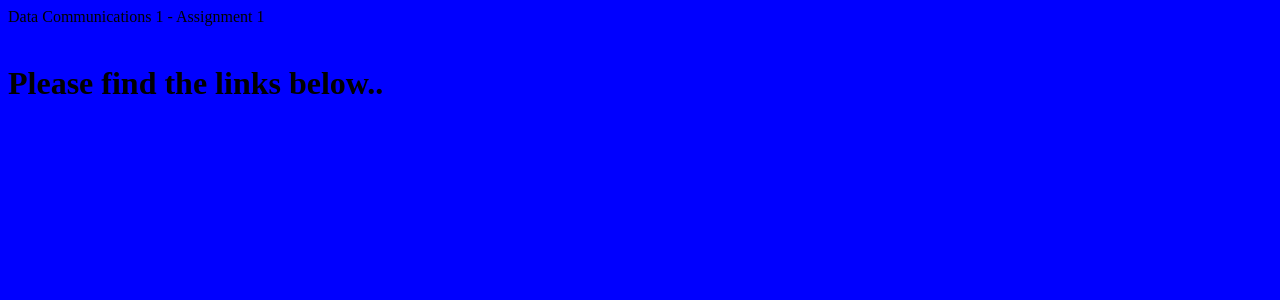
Repository: RaghavTVel/CUB_Codes
Page: eclipse_workspace/DataCommAssignment1/www/index.html
The author's editor kept a copy of each file at every save. The page is drawn from the files as they stood at one save, then again after the next save.
The browser window is 1280 px wide. The pictures show the whole page.

Above is the page before, as saved 2015-09-06 00:01:36.

### eclipse_workspace/DataCommAssignment1/www/index.html
<html>

<head>
Data Communications 1 - Assignment 1<br><br>
</head>

<title>
Data Communications 1 - Assignment 1
</title>

<body bgcolor='blue'>
<p>
<h1>
Please find the links below..<br><br><br>
</h1>
</p>
</body>

</html>

After the next save:
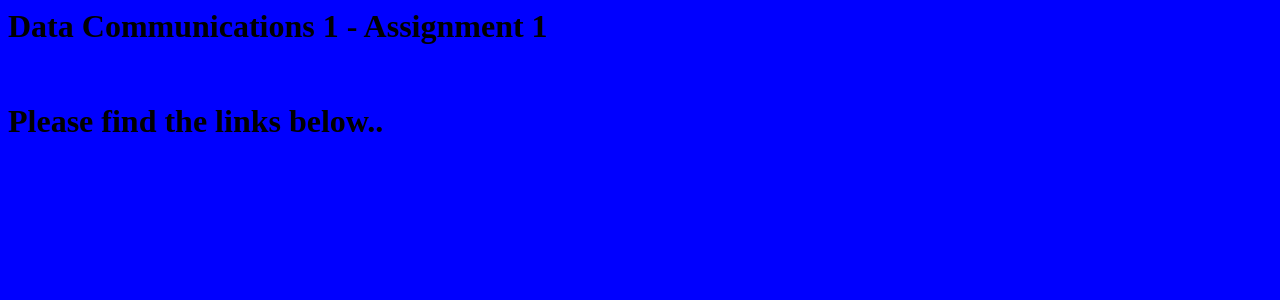
Saved 43 s later.
--- a/eclipse_workspace/DataCommAssignment1/www/index.html
+++ b/eclipse_workspace/DataCommAssignment1/www/index.html
@@ -1,7 +1,9 @@
 <html>
 
 <head>
+<h1>
 Data Communications 1 - Assignment 1<br><br>
+</h1>
 </head>
 
 <title>
